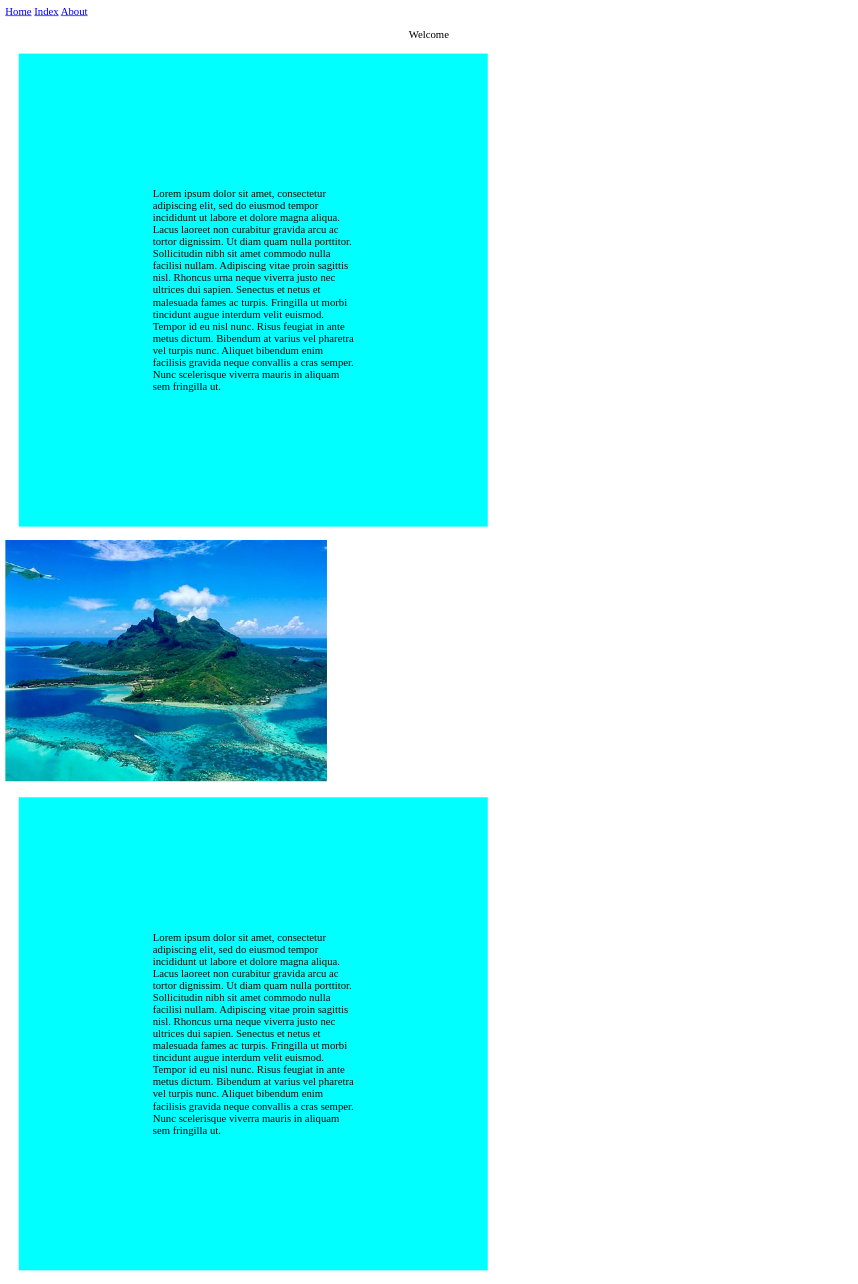
Repository: Melinda-Nanjad-Personal-Website/Personal-web
Page: about.html
These files come from the project's save history. The page is drawn as it stood at one moment and after the next save; the edit follows.
The browser window is 1280 px wide. The pictures show the whole page, at 67% of full size.

Above is the page before, as saved 2023-07-26 20:19:26.

After the next save:
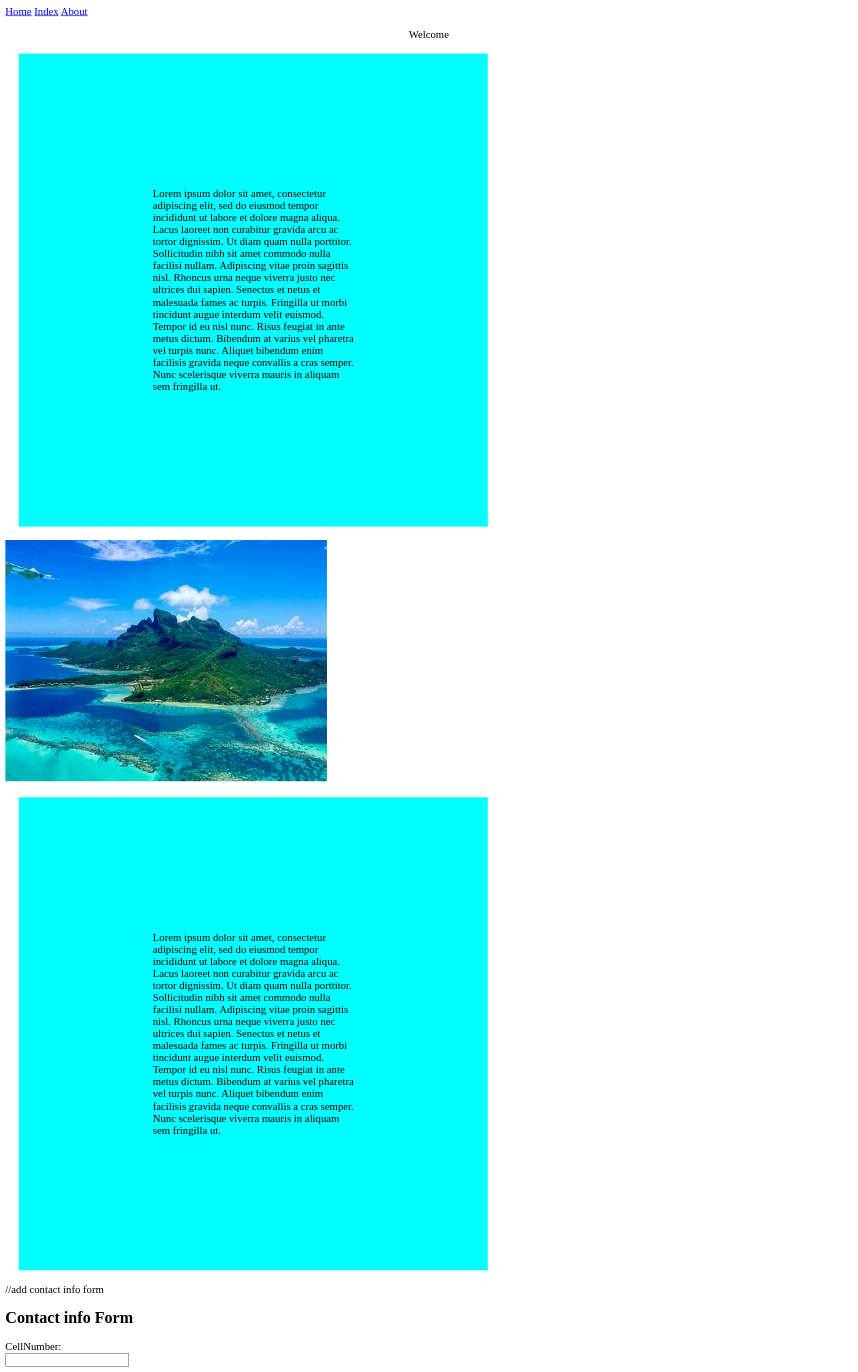
Saved 11 min 48 s later.
--- a/about.html
+++ b/about.html
@@ -42,7 +42,19 @@ margin: 20px;
 
     <div>Lorem ipsum dolor sit amet, consectetur adipiscing elit, sed do eiusmod tempor incididunt ut labore et dolore magna aliqua. Lacus laoreet non curabitur gravida arcu ac tortor dignissim. Ut diam quam nulla porttitor. Sollicitudin nibh sit amet commodo nulla facilisi nullam. Adipiscing vitae proin sagittis nisl. Rhoncus urna neque viverra justo nec ultrices dui sapien. Senectus et netus et malesuada fames ac turpis. Fringilla ut morbi tincidunt augue interdum velit euismod. Tempor id eu nisl nunc. Risus feugiat in ante metus dictum. Bibendum at varius vel pharetra vel turpis nunc. Aliquet bibendum enim facilisis gravida neque convallis a cras semper. Nunc scelerisque viverra mauris in aliquam sem fringilla ut.</div>
 
+//add contact info form
+<aarticle>
+    <h2>Contact info Form</h2>
+    <!--Name and email for potentional Clients-->
+    <form>
+    <label for="cellNumber">CellNumber:</label><br>
+    <input type="number" id="cellNumber" name="cellnumber" /><br />
+        </label>
+
+        </form>
 
 
+
+    </aarticle>
     </body>
 </html>
